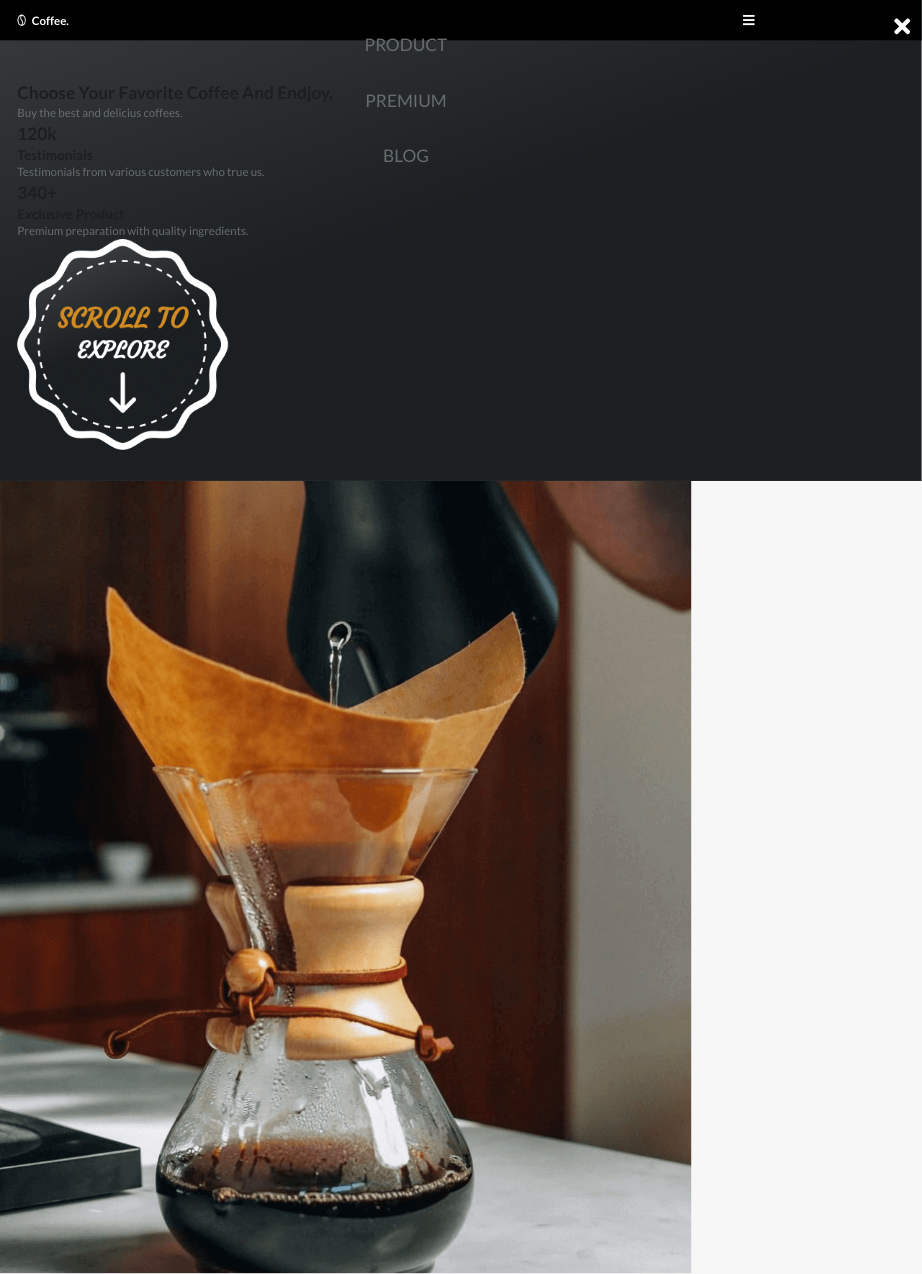
Repository: Nguyenductuan-dev/Website-coffee
Page: index.html
These files come from the project's save history. The page is drawn as it stood at one moment and after the next save; the edit follows.
The browser window is 1280 px wide. The pictures show the whole page, at 72% of full size.

Above is the page before, as saved 2022-04-03 16:48:13.

After the next save:
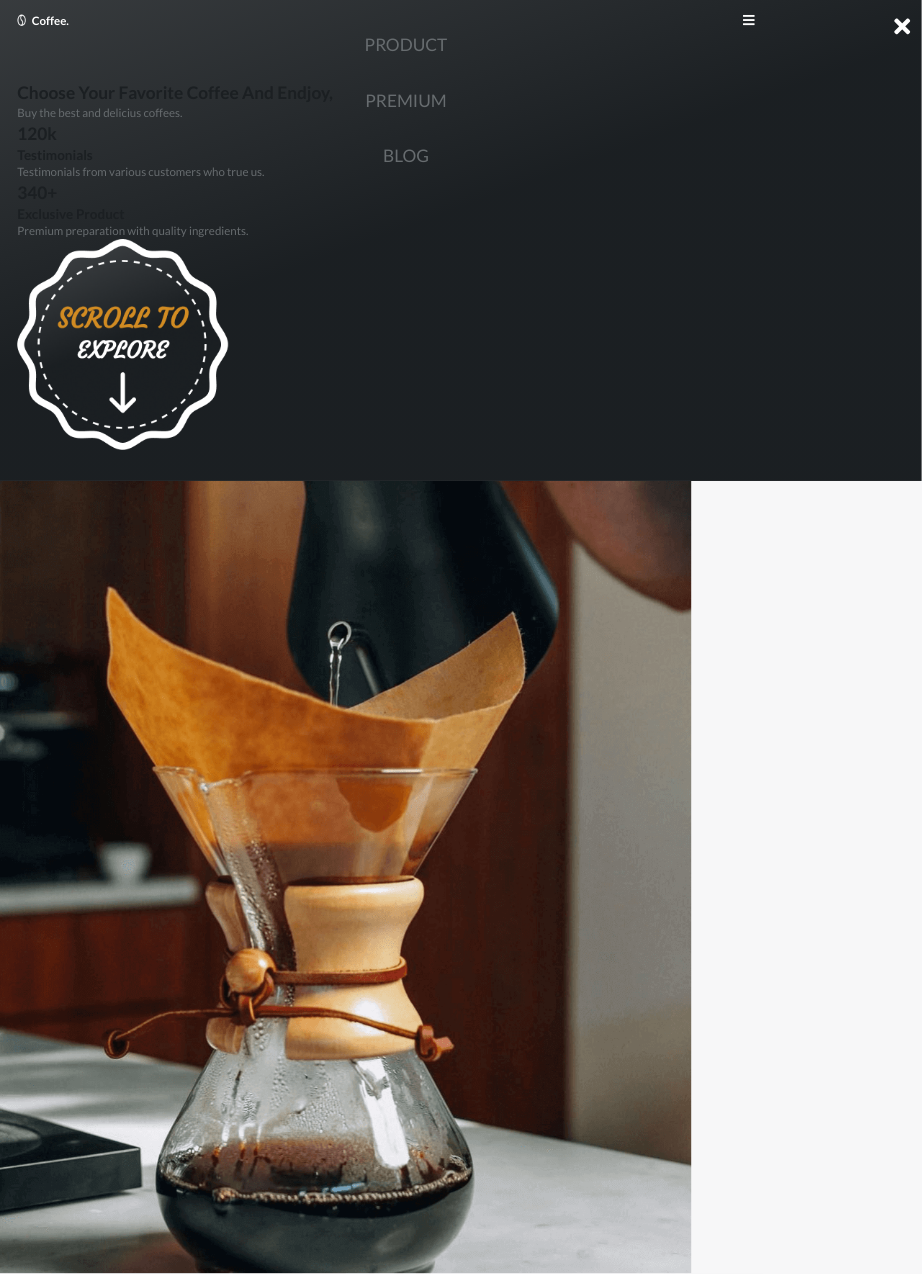
Saved 38 s later.
--- a/assets/css/style.css
+++ b/assets/css/style.css
@@ -115,7 +115,7 @@ button {
 /* ====================== HEADER & NAV ====================*/
 .header {
     width: 100%;
-    background: #000;
+    background: transparent;
     position: fixed;
     top: 0;
     left: 0;
